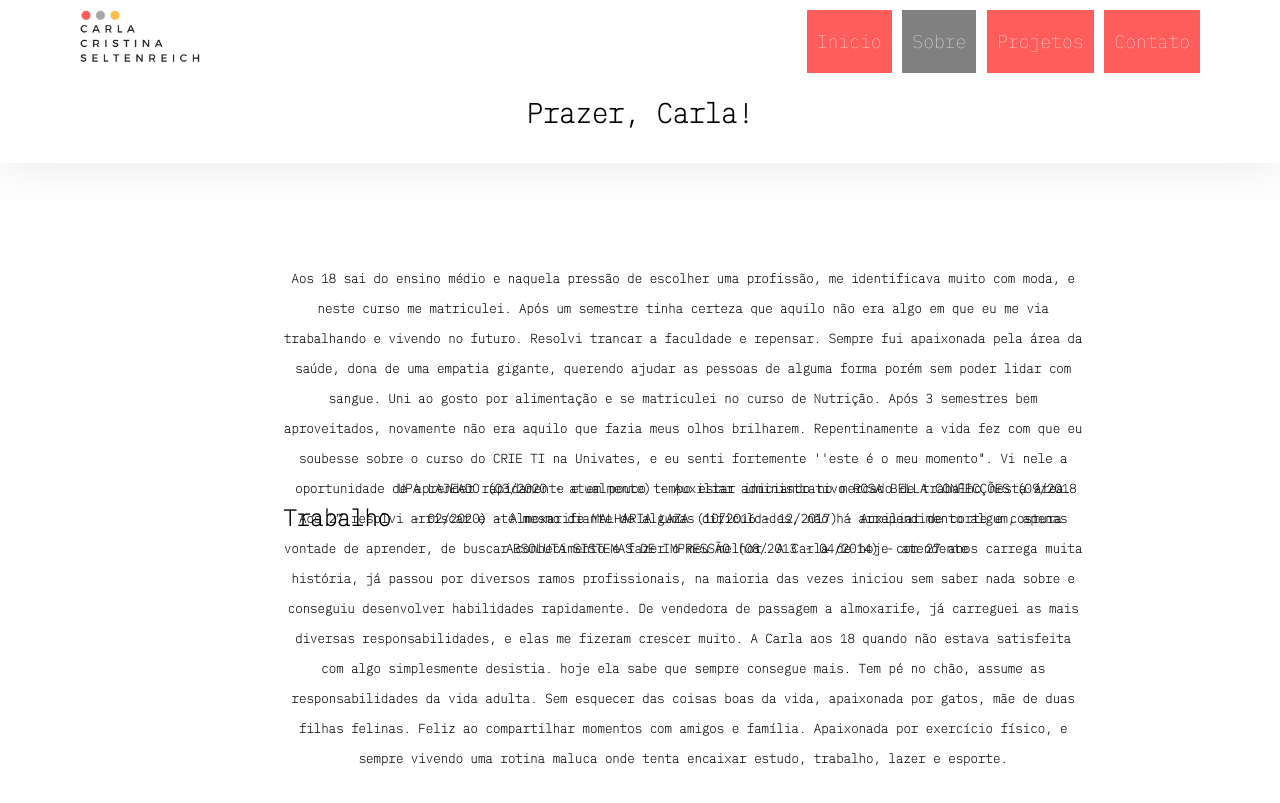
Repository: carla-seltenreich/portfolio
Page: about.html
The author's editor kept a copy of each file at every save. The page is drawn from the files as they stood at one save, then again after the next save.
The browser window is 1280 px wide. The pictures show the whole page.

Above is the page before, as saved 2022-05-26 03:09:02.

After the next save:
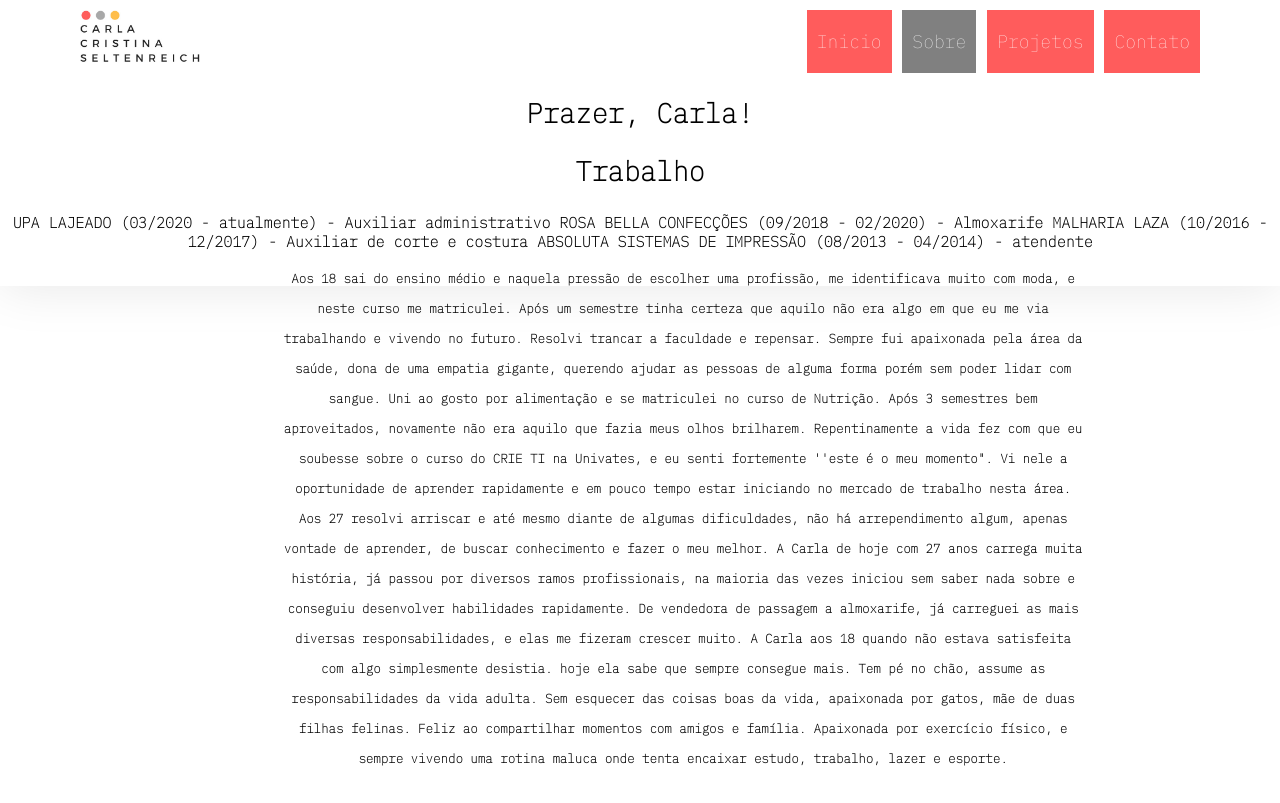
Saved 45 s later.
--- a/about.html
+++ b/about.html
@@ -64,7 +64,8 @@
                 </h5>
             </div>
         </section>
-        <section class="work">
+        <section>
+            <div class="work"></div>
             <h2>Trabalho</h2>
             <h5> UPA LAJEADO (03/2020 - atualmente) - Auxiliar administrativo
                 ROSA BELLA CONFECÇÕES (09/2018 - 02/2020) - Almoxarife
